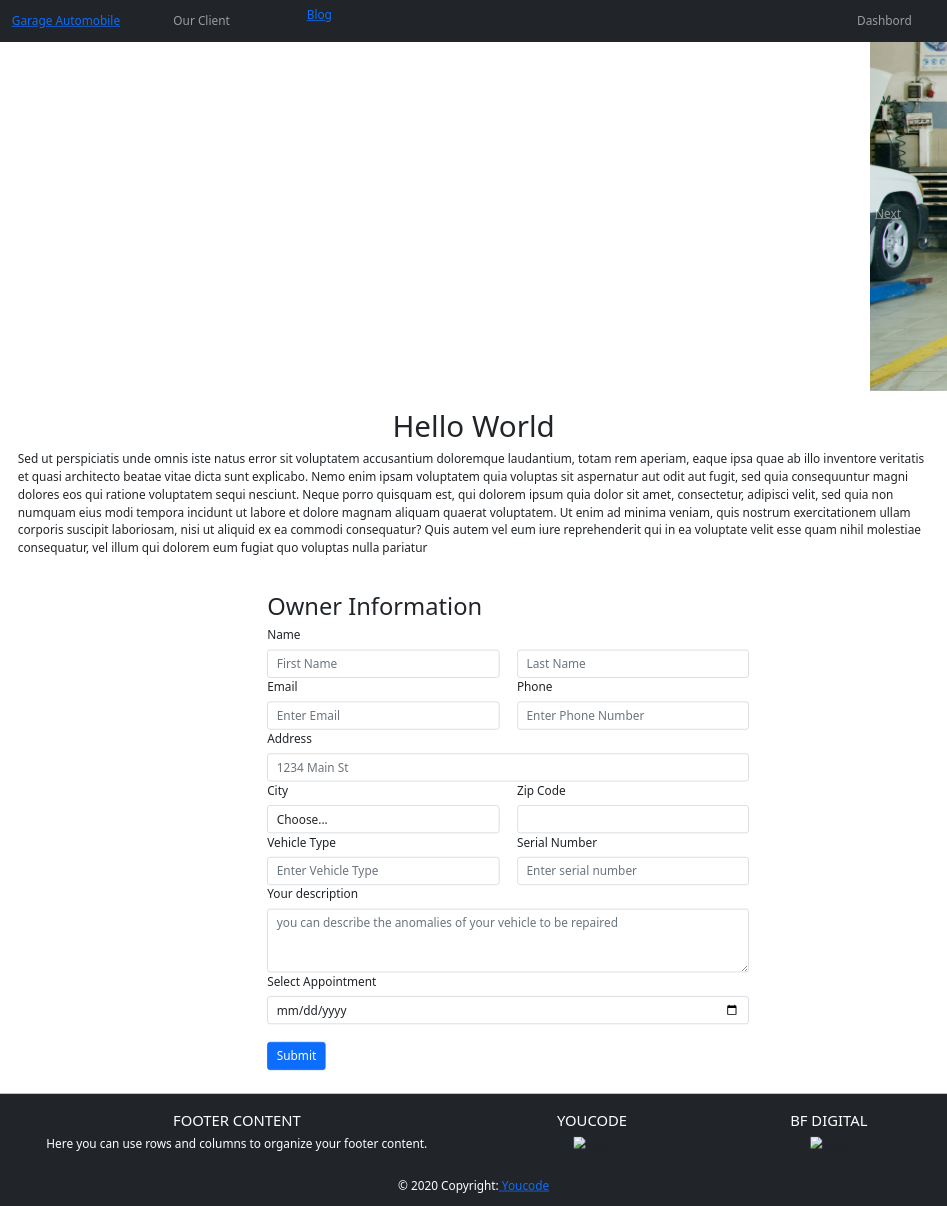
Repository: abdelhak-f/Fil-Rouge
Page: / (app in client/)
These files come from the project's save history. The page is drawn as it stood at one moment and after the next save; the edit follows.
The browser window is 1280 px wide. The pictures show the whole page, at 74% of full size.
The project was rebuilt for these pictures with package versions that can differ from the ones it lists, and the page was loaded fresh each time. Also part of the build but not shown: client/src/components/css/style.css, client/src/components/Blog.jsx.

Above is the page before, as saved 2021-09-08 15:40:08.

### client/public/index.html
<!DOCTYPE html>
<html lang="en">
  <head>
    <meta charset="utf-8" />
    <link rel="icon" href="%PUBLIC_URL%/favicon.ico" />
    <meta name="viewport" content="width=device-width, initial-scale=1" />
    <meta name="theme-color" content="#000000" />
    <meta
      name="description"
      content="Web site created using create-react-app"
    />
    <!--   import bootstrao  -->
    <link
  rel="stylesheet"
  href="https://cdn.jsdelivr.net/npm/bootstrap@5.1.0/dist/css/bootstrap.min.css"
  integrity="sha384-KyZXEAg3QhqLMpG8r+8fhAXLRk2vvoC2f3B09zVXn8CA5QIVfZOJ3BCsw2P0p/We"
  crossorigin="anonymous"
  />

    <link rel="apple-touch-icon" href="%PUBLIC_URL%/logo192.png" />
    <!--
      manifest.json provides metadata used when your web app is installed on a
      user's mobile device or desktop. See https://developers.google.com/web/fundamentals/web-app-manifest/
    -->
    <link rel="manifest" href="%PUBLIC_URL%/manifest.json" />
    <!--
      Notice the use of %PUBLIC_URL% in the tags above.
      It will be replaced with the URL of the `public` folder during the build.
      Only files inside the `public` folder can be referenced from the HTML.

      Unlike "/favicon.ico" or "favicon.ico", "%PUBLIC_URL%/favicon.ico" will
      work correctly both with client-side routing and a non-root public URL.
      Learn how to configure a non-root public URL by running `npm run build`.
    -->
    <title>React App</title>
  </head>
  <body>
    <noscript>You need to enable JavaScript to run this app.</noscript>
    <div id="root"></div>
    <!--
      This HTML file is a template.
      If you open it directly in the browser, you will see an empty page.

      You can add webfonts, meta tags, or analytics to this file.
      The build step will place the bundled scripts into the <body> tag.

      To begin the development, run `npm start` or `yarn start`.
      To create a production bundle, use `npm run build` or `yarn build`.
    -->
  </body>
</html>

### client/src/index.js
import React from 'react';
import ReactDOM from 'react-dom';
import './index.css';
import App from './App';
import reportWebVitals from './reportWebVitals';

// import bootstrap
import 'bootstrap/dist/css/bootstrap.min.css';

ReactDOM.render(
  <React.StrictMode>
    <App />
  </React.StrictMode>,
  document.getElementById('root')
);

// If you want to start measuring performance in your app, pass a function
// to log results (for example: reportWebVitals(console.log))
// or send to an analytics endpoint. Learn more: https://bit.ly/CRA-vitals
reportWebVitals();

### client/src/App.js
// import './App.css';
import React from 'react';

import Navbar from './components/Nnavbar';
import Body from './components/Body';
import Footer from './components/Footer';
import Blog from './components/Blog';

import { BrowserRouter as Router, Switch, Route } from 'react-router-dom';






function App() {
  return (


    <>
<Router>

     <Navbar />




    <Switch>
    <Route  path="/" exact component={Body} />
       <Route  path="/Blog" component={Blog} />
    </Switch>

    <Footer/>
</Router>
    </>

  );
}

export default App;

### client/src/components/Nnavbar.jsx
import React from 'react';
import { NavLink } from 'react-router-dom';

import * as ReactBootstrap from 'react-bootstrap';









function Navbar() {
    return(
      <>

            <ReactBootstrap.Navbar className="mb-5" collapseOnSelect expand="lg" bg="dark" variant="dark" fixed="top">

 <NavLink className="mx-3" to="/">Garage Automobile</NavLink>
 <ReactBootstrap.Navbar.Toggle aria-controls="responsive-navbar-nav" />
 <ReactBootstrap.Navbar.Collapse id="responsive-navbar-nav">
   <ReactBootstrap.Nav className="me-auto">
     <ReactBootstrap.Nav.Link className="mx-5" href="#features">Our Client</ReactBootstrap.Nav.Link>
     <NavLink  className="px-5" to="/blog">Blog</NavLink>
     {/* <ReactBootstrap.NavDropdown title="Dropdown" id="collasible-nav-dropdown">
       <ReactBootstrap.NavDropdown.Item href="#action/3.1">Action</ReactBootstrap.NavDropdown.Item>
       <ReactBootstrap.NavDropdown.Item href="#action/3.2">Another action</ReactBootstrap.NavDropdown.Item>
       <ReactBootstrap.NavDropdown.Item href="#action/3.3">Something</ReactBootstrap.NavDropdown.Item>
       <ReactBootstrap.NavDropdown.Divider />
       <ReactBootstrap.NavDropdown.Item href="#action/3.4">Separated link</ReactBootstrap.NavDropdown.Item>
     </ReactBootstrap.NavDropdown> */}
   </ReactBootstrap.Nav>
   <ReactBootstrap.Nav>
     <ReactBootstrap.Nav.Link href="#deets" className="px-5" > Dashbord</ReactBootstrap.Nav.Link>
     {/* <ReactBootstrap.Nav.Link eventKey={2} href="#memes">
       Admin
     </ReactBootstrap.Nav.Link> */}
   </ReactBootstrap.Nav>
 </ReactBootstrap.Navbar.Collapse>

</ReactBootstrap.Navbar>





</>

    )
}

export default Navbar ;

### client/src/components/Body.jsx
import React from 'react';
import Text from './Text';
import FirstFrontForm from './forms/FirstFrontForm';

export default function componentName() {
  return (
    <>
    {/* import the Text */}
    <Text />


     {/* import the first form of client */}
     <FirstFrontForm />

    </>
  );
}

### client/src/components/Footer.jsx
import React from "react";


function Footer () {
    return(
<footer  className="pt-4 page-footer font-small blue bg-dark ">
    <div className="text-center container-fluid text-md-left ">
        <div className="row">
            <div className="mt-3 text-white col-md-6 mt-md-0">
                <h5 className=" text-uppercase">Footer Content</h5>
                <p >Here you can use rows and columns to organize your footer content.</p>
            </div>

            <hr className="clearfix pb-0 w-100 d-md-none"/>

            <div className="mb-3 col-md-3 mb-md-0">
                <h5 className="text-white text-uppercase">Youcode</h5>
                <img src="" alt="logo" width={300} /></div>

            <div className="mb-3 col-md-3 mb-md-0">
                <h5 className="text-white text-uppercase " >BF Digital</h5>
                <img src="" alt="logo" width={300} />
            </div>
        </div>
    </div>

    <div className="py-3 text-center text-white footer-copyright " >© 2020 Copyright:
        <a href="https://www.youcode.ma/"> Youcode</a>
    </div>

</footer>
)

}

export default Footer

### client/src/components/Text.jsx
import React from 'react';
import {Carousel} from 'react-bootstrap';

import image from '../images/image.jpg';
import image1 from '../images/image1.jpg';
import image2 from '../images/image2.jpg';


function Text() {
    return(
      <>
      <Carousel className="mt-5">
  <Carousel.Item>
    <img
      className="d-block w-100"
      src={image}
      alt="First slide"
    />
    <Carousel.Caption>
      <h3>First slide label</h3>
      <p>Nulla vitae elit libero, a pharetra augue mollis interdum.</p>
    </Carousel.Caption>
  </Carousel.Item>
  <Carousel.Item>
    <img
      className="d-block w-100"
      src={image1}
      alt="Second slide"
    />

    <Carousel.Caption>
      <h3>Second slide label</h3>
      <p>Lorem ipsum dolor sit amet, consectetur adipiscing elit.</p>
    </Carousel.Caption>
  </Carousel.Item>
  <Carousel.Item>
    <img
      className="d-block w-100"
      src={image2}
      alt="Third slide"
    />

    <Carousel.Caption>
      <h3>Third slide label</h3>
      <p>Praesent commodo cursus magna, vel scelerisque nisl consectetur.</p>
    </Carousel.Caption>
  </Carousel.Item>
</Carousel>

          <h1 className="mt-4 text-center font-weight-bold">
              Hello World
          </h1>
       <p className="mx-4 text-justify font-weight-normal">
       Sed ut perspiciatis unde omnis iste natus error sit voluptatem accusantium doloremque laudantium, totam rem aperiam, eaque ipsa quae ab illo inventore veritatis et quasi architecto beatae vitae dicta sunt explicabo. Nemo enim ipsam voluptatem quia voluptas sit aspernatur aut odit aut fugit, sed quia consequuntur magni dolores eos qui ratione voluptatem sequi nesciunt. Neque porro quisquam est, qui dolorem ipsum quia dolor sit amet, consectetur, adipisci velit, sed quia non numquam eius modi tempora incidunt ut labore et dolore magnam aliquam quaerat voluptatem. Ut enim ad minima veniam, quis nostrum exercitationem ullam corporis suscipit laboriosam, nisi ut aliquid ex ea commodi consequatur? Quis autem vel eum iure reprehenderit qui in ea voluptate velit esse quam nihil molestiae consequatur, vel illum qui dolorem eum fugiat quo voluptas nulla pariatur
       </p>


       </>

    )
}

export default Text ;

### client/src/components/forms/FirstFrontForm.jsx
import React  from 'react';
import {Form, Container,Jumbotron, Button, Row, Col} from 'react-bootstrap';


 function FirstFrontForm () {
  return (

    <Container className="mt-5 mb-3">

            <Col md={{ span: 7, offset: 3 }}>
              <Jumbotron>
                <Form>
                  <Form.Group>
                    <h2>Owner Information</h2>
                    <Form.Label>Name</Form.Label>
                    <Row>
                      <Col>
                        <Form.Control placeholder="First Name"></Form.Control>
                      </Col>
                      <Col>
                        <Form.Control placeholder="Last Name"></Form.Control>
                      </Col>
                    </Row>
                  </Form.Group>
                  <Row>
                    <Form.Group as={Col} controlId="formGridEmail">
                      <Form.Label>Email</Form.Label>
                      <Form.Control type="email" placeholder="Enter Email" />
                    </Form.Group>
                    <Form.Group as={Col} controlId="formGridTel">
                      <Form.Label>Phone</Form.Label>
                      <Form.Control
                        type="telephone"
                        placeholder="Enter Phone Number"
                      />
                    </Form.Group>
                  </Row>
                  <Form.Group controlId="formGridAddress1">
                    <Form.Label>Address</Form.Label>
                    <Form.Control placeholder="1234 Main St" />
                  </Form.Group>

                  <Row>

                    <Form.Group as={Col} controlId="formGridState">
                      <Form.Label>City</Form.Label>
                      <Form.Control as="select">
                        <option>Choose...</option>
                        <option>Youssoufia</option>
                        <option>Safi</option>
                        <option>Marrakech</option>
                        <option>Agadir</option>
                        <option>Casablanca</option>
                        <option>Rabat</option>
                      </Form.Control>
                    </Form.Group>
                    <Form.Group as={Col} controlId="formGridCityZip">
                      <Form.Label>Zip Code</Form.Label>
                      <Form.Control />
                    </Form.Group>
                  </Row>
                  <Row>
                    <Form.Group as={Col} controlId="formGridEmail">
                      <Form.Label>Vehicle Type</Form.Label>
                      <Form.Control type="text" placeholder="Enter Vehicle Type" />
                    </Form.Group>
                    <Form.Group as={Col} controlId="formGridTel">
                      <Form.Label>Serial Number</Form.Label>
                      <Form.Control
                        type="number"
                        placeholder="Enter serial number"
                      />
                    </Form.Group>
                  </Row>
                  <Row>
                    <Form.Group className="" controlId="exampleForm.ControlTextarea1">
                      <Form.Label>Your description</Form.Label>
                      <Form.Control as="textarea" rows={3}
                        placeholder="you can describe the anomalies of your vehicle to be repaired"
                      />
                    </Form.Group>
                    <Form.Group>
                    <Form.Label>Select Appointment</Form.Label>
                    <Form.Control
                      type="date"
                      // value={date}
                      // onChange={this.setDate}
                    />
                  </Form.Group>
                  </Row>
                  <br />


                  <Button className="mb-3"
                   variant="primary" type="submit">
                     Submit
                 </Button>

                </Form>
              </Jumbotron>
            </Col>


        </Container>




  );
}

export default FirstFrontForm ;

Loaded but not shown: client/src/index.css (common file); client/src/reportWebVitals.js (common file)

After the next save:
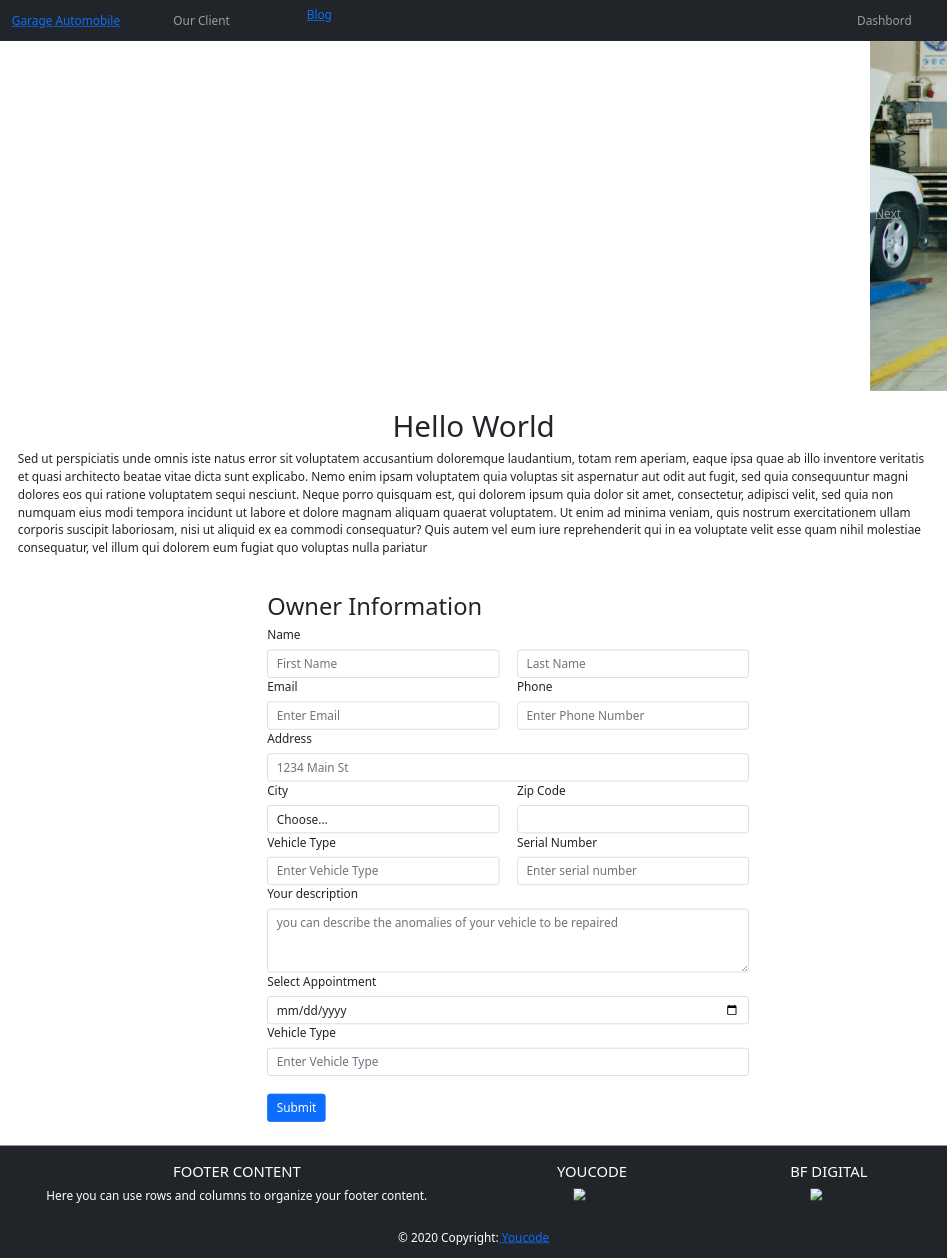
Saved 32 s later.
--- a/client/src/components/forms/FirstFrontForm.jsx
+++ b/client/src/components/forms/FirstFrontForm.jsx
@@ -87,6 +87,10 @@ import {Form, Container,Jumbotron, Button, Row, Col} from 'react-bootstrap';
                       // onChange={this.setDate}
                     />
                   </Form.Group>
+                  <Form.Group as={Col} controlId="formGridEmail">
+                      <Form.Label>Vehicle Type</Form.Label>
+                      <Form.Control type="text" placeholder="Enter Vehicle Type" />
+                    </Form.Group>
                   </Row>
                   <br />
 
